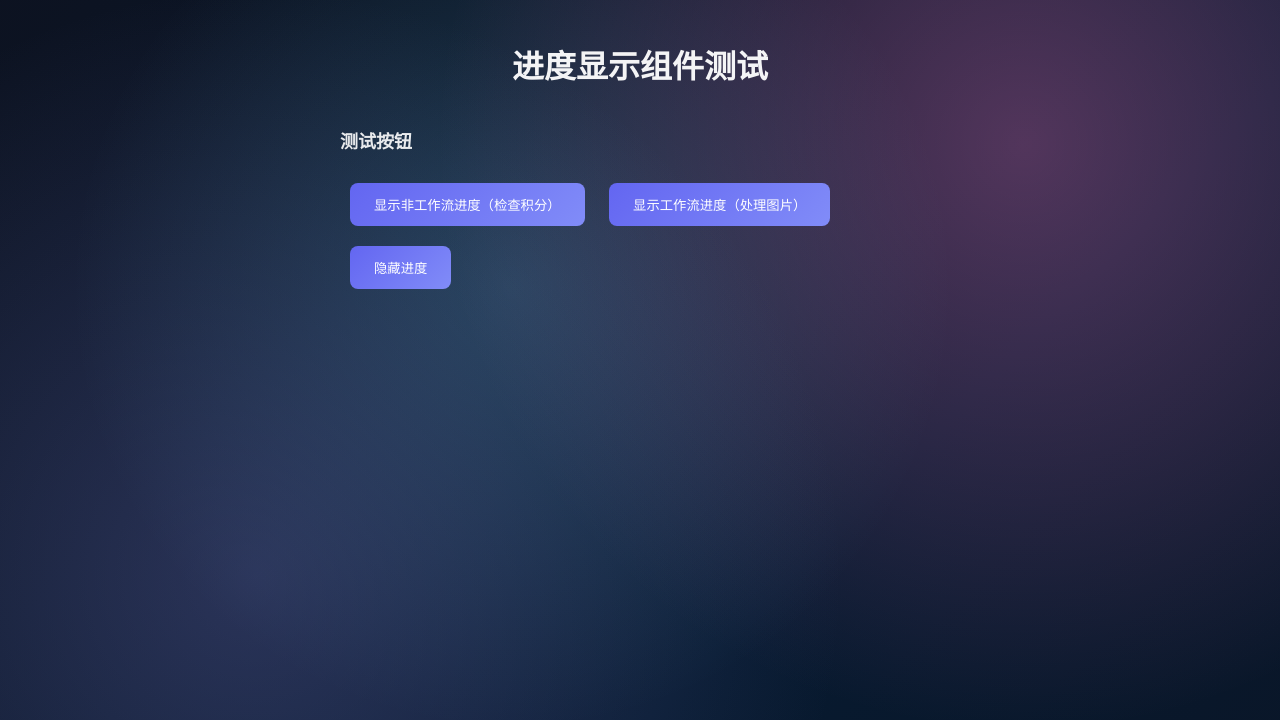
Repository: fooldychi/undress
Page: client/test-progress-display.html
These files come from the project's save history. The page is drawn as it stood at one moment and after the next save; the edit follows.
The browser window is 1280 px wide. The pictures show the whole page.

Above is the page before, as saved 2025-07-26 14:01:56.

After the next save:
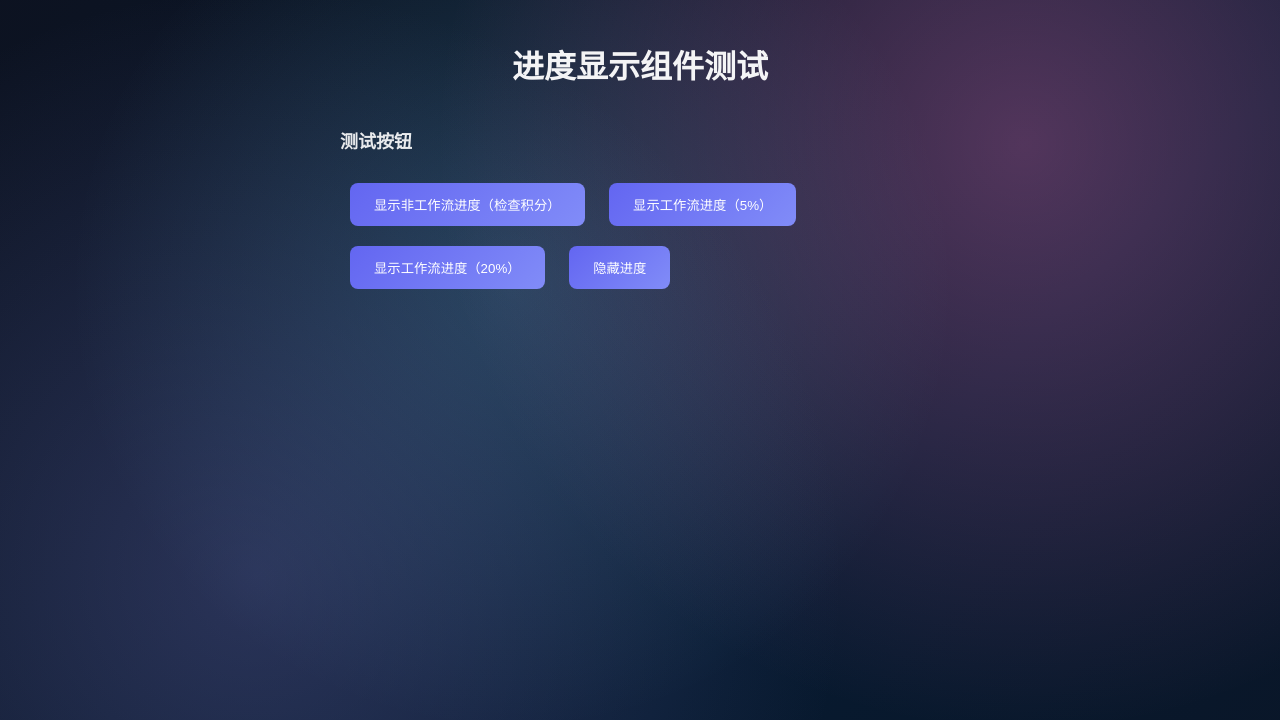
Saved 14 s later.
--- a/client/test-progress-display.html
+++ b/client/test-progress-display.html
@@ -240,7 +240,8 @@
         <div class="test-section">
             <div class="test-title">测试按钮</div>
             <button class="btn" onclick="showProgress1()">显示非工作流进度（检查积分）</button>
-            <button class="btn" onclick="showProgress2()">显示工作流进度（处理图片）</button>
+            <button class="btn" onclick="showProgress2()">显示工作流进度（5%）</button>
+            <button class="btn" onclick="showProgress3()">显示工作流进度（20%）</button>
             <button class="btn" onclick="hideProgress()">隐藏进度</button>
         </div>
     </div>
